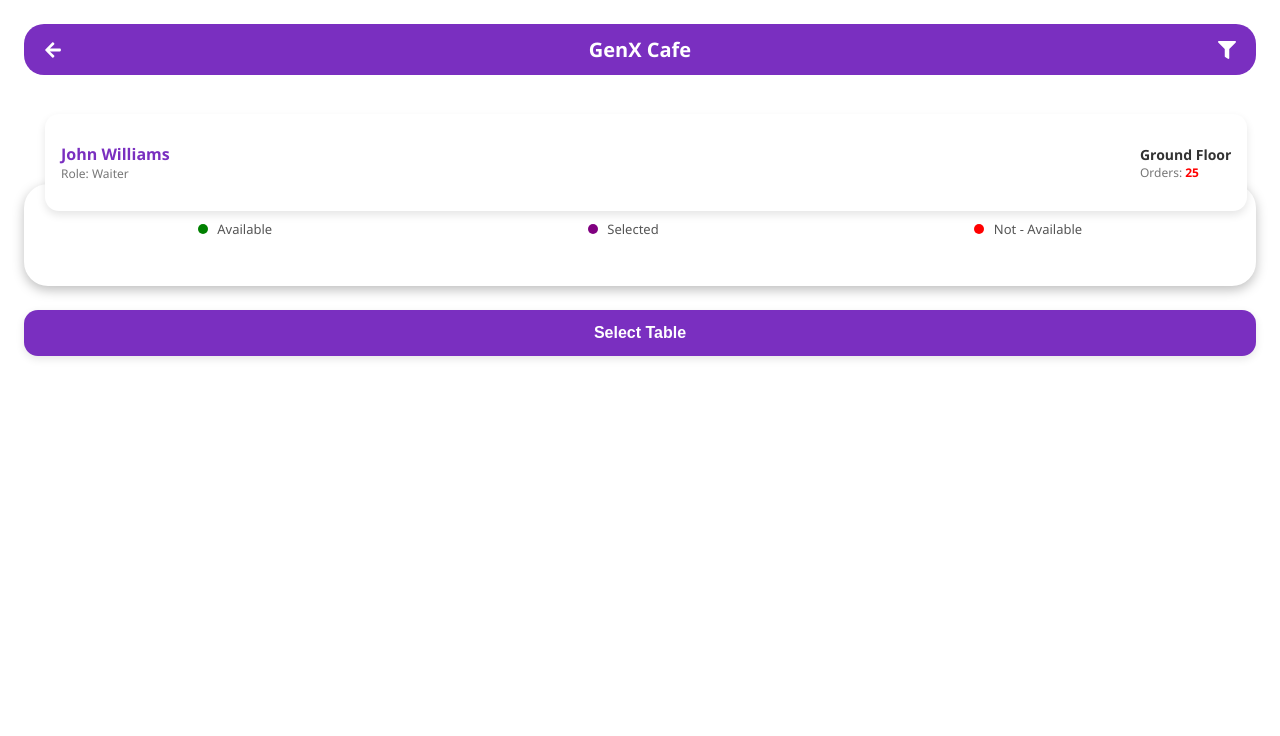
Repository: rajeshwaranslv/sturdy-spork-genx-frontend
Page: /
The author's editor kept a copy of each file at every save. The page is drawn from the files as they stood at one save, then again after the next save.
The browser window is 1280 px wide. The pictures show the whole page.
The page's requests for data from a server got no answer. The project was rebuilt for these pictures with package versions that can differ from the ones it lists, and the page was loaded fresh each time. No one was signed in, and anything a server would have sent is missing. Also part of the build but not shown: src/components/MenuSelection.js, src/components/OrderReview.js, src/components/Billing.js, src/components/Success.js.

Above is the page before, as saved 2025-07-15 10:07:45.

### src/App.js
import React from 'react';
import { BrowserRouter as Router, Route, Switch } from 'react-router-dom';
import TableSelection from './components/TableSelection';
import MenuSelection from './components/MenuSelection';
import OrderReview from './components/OrderReview';
import Billing from './components/Billing';
import Success from './components/Success';

export default function App() {
  return (
    <Router>
      <Switch>
        <Route exact path="/" component={TableSelection} />
        <Route path="/menu/:tableId" component={MenuSelection} />
   <Route path="/orders/:orderId" component={OrderReview} />

        <Route path="/billing/:orderId" component={Billing} />
        <Route path="/success" component={Success} />
      </Switch>
    </Router>
  );
}

### src/components/TableSelection.js
import React, { useEffect, useState } from 'react';
import { getTables } from '../services/api';
import { withRouter } from 'react-router-dom';
import { FaArrowLeft, FaFilter } from 'react-icons/fa';
import './style.css';

function TableSelection({ history }) {
  const [tables, setTables] = useState([]);
  const [selectedTableId, setSelectedTableId] = useState(null);

  const waiter = {
    name: 'John Williams',
    role: 'Waiter',
    floor: 'Ground Floor',
    orders: 25,
  };

  useEffect(() => {
    getTables()
      .then((res) => setTables(res.data))
      .catch((err) => console.error('Failed to fetch tables', err));
  }, []);

  const handleTableClick = (id, status) => {
    if (status === 'available') {
      setSelectedTableId(id === selectedTableId ? null : id); // Toggle
    }
  };

  const handleSelectTable = () => {
    if (selectedTableId) {
      history.push(`/menu/${selectedTableId}`);
    }
  };

  return (
    <div className="container">
      <div className="header-bar">
        <FaArrowLeft className="icon" onClick={() => history.goBack()} />
        <h2>GenX Cafe</h2>
        <FaFilter className="icon" />
      </div>

      <div className="waiter-card">
        <div className="waiter-left">
          <strong className="waiter-name">{waiter.name}</strong>
          <div className="waiter-role">Role: {waiter.role}</div>
        </div>
        <div className="waiter-right">
          <div className="floor-label">{waiter.floor}</div>
          <div className="orders-count">
            Orders: <span className="order-red">{waiter.orders}</span>
          </div>
        </div>
      </div>

      <div className="table-section">
        <div className="legend-row">
          <div><span className="legend-dot green" /> Available</div>
          <div><span className="legend-dot purple" /> Selected</div>
          <div><span className="legend-dot red" /> Not - Available</div>
        </div>

        <div className="table-grid">
          {tables.map((table) => {
            const isSelected = selectedTableId === table.id;
            const statusClass =
              table.status === 'available'
                ? isSelected
                  ? 'selected'
                  : 'available'
                : 'occupied';

            return (
              <button
                key={table.id}
                className={`table-btn ${statusClass}`}
                onClick={() => handleTableClick(table.id, table.status)}
                disabled={table.status === 'occupied'}
              >
                Table {table.id.toString().padStart(2, '0')}
              </button>
            );
          })}
        </div>
      </div>

      <button
        className="select-btn"
        onClick={handleSelectTable}
        disabled={!selectedTableId}
      >
        Select Table
      </button>
    </div>
  );
}

export default withRouter(TableSelection);

### src/services/api.js
import axios from 'axios';

const API = axios.create({
  baseURL: 'http://localhost:3001/',
});

export const getTables = () => API.get('/tables');
export const getTableDetails = (id) => API.get(`/tables/${id}`);
export const getFoodItems = () => API.get('/foodItems');

export const placeOrder = (data) => API.post('/orders', data);
export const updateOrderItemStatus = (id, payload) => API.patch(`/orders/${id}`, payload);
export const getOrder = (id) => API.get(`/orders/${id}`);
export const generateBill = (data) => API.post('/bills', data);

// ✅ NEW: Update table status
export const updateTableStatus = (id, payload) => API.patch(`/tables/${id}`, payload);

### src/components/style.css
.container {
  background: #fff;
  min-height: 100vh;
  padding: 16px;
  box-sizing: border-box;
  font-family: 'Segoe UI', sans-serif;
}

/* Header Bar */
.header-bar {
  display: flex;
  justify-content: space-between;
  align-items: center;
  background: #7a2fc0;
  padding: 12px 20px;
  border-radius: 20px;
  color: white;
  margin-bottom: 12px;
}

.header-bar h2 {
  margin: 0;
  font-size: 20px;
}

.icon {
  color: white;
  font-size: 18px;
  cursor: pointer;
}

/* Waiter Info Card */
.waiter-card {
    background: white;
    box-shadow: 0 4px 8px rgba(0,0,0,0.1);
    border-radius: 14px;
    padding: 11px 20px;
    margin-top: -32px;
    display: flex;
    justify-content: space-between;
    align-items: center;
    width: 95%;
    position: relative;
    top: 27px;
    height: 73px;
    left: 21px;
}

.waiter-name {
  color: #7a2fc0;
  font-size: 16px;
  font-weight: 600;
}

.waiter-role {
  font-size: 12px;
  color: #777;
}

.floor-label {
  font-size: 13px;
  font-weight: 600;
  color: #333;
}

.orders-count {
  font-size: 12px;
  color: #777;
}

.order-red {
  color: red;
  font-weight: bold;
}

/* Legend */
.legend-row {
  display: flex;
  justify-content: space-around;
  margin: 20px 0 12px;
  font-size: 13px;
  color: #555;
}

.legend-dot {
  width: 10px;
  height: 10px;
  border-radius: 50%;
  display: inline-block;
  margin-right: 6px;
}

.legend-dot.green {
  background-color: green;
}

.legend-dot.purple {
  background-color: purple;
}

.legend-dot.red {
  background-color: red;
}

/* Table Section Wrapper (NEW) */
.table-section {
  background: #fff;
  padding: 16px;
  border-radius: 24px;
  box-shadow: 0 4px 12px rgba(0, 0, 0, 0.258);
}

/* Grid for Table Buttons */
.table-grid {
  display: grid;
  grid-template-columns: repeat(2, 1fr);
  gap: 14px;
  padding: 10px 0;
}

/* Table Buttons */
.table-btn {
  padding: 16px 0;
  border-radius: 14px;
  font-size: 16px;
  font-weight: bold;
  cursor: pointer;
  border: 2px solid transparent;
  transition: all 0.2s ease-in-out;
  width: 100%;
}

.table-btn.available {
  color: green;
  border-color: green;
  background-color: white;
}

.table-btn.available:hover {
  background-color: #f0fff0;
}

.table-btn.selected {
  background-color: #7a2fc0;
  color: white;
  border-color: #7a2fc0;
}

.table-btn.occupied {
  background-color: red;
  color: white;
  cursor: not-allowed;
}

/* Select Table Button */
.select-btn {
  width: 100%;
  padding: 14px;
  margin-top: 24px;
  border-radius: 14px;
  border: none;
  background-color: #7a2fc0;
  color: white;
  font-size: 16px;
  font-weight: bold;
  cursor: pointer;
  box-shadow: 0 3px 8px rgba(0,0,0,0.1);
}

.select-btn:hover {
  background-color: #6926b2;
}
.table-btn.selected {
  background-color: #7a2fc0;
  color: white;
  border: 2px solid #7a2fc0;
}

/* menu */
.menu-grid {
  display: grid;
  grid-template-columns: repeat(2, 1fr);
  gap: 14px;
  margin-top: 16px;
}

.menu-card {
  background: #fff;
  padding: 12px;
  border-radius: 14px;
  box-shadow: 0 4px 10px rgba(0,0,0,0.1);
  text-align: center;
  transition: all 0.3s ease;
  border: 2px solid transparent;
}

.menu-card.selected {
  border: 2px solid #7a2fc0;
  background-color: #f3e8ff;
}

.menu-card img {
  width: 80px;
  height: 80px;
  border-radius: 10px;
  object-fit: cover;
}

.menu-card h4 {
  margin: 8px 0 4px;
  font-size: 16px;
  color: #333;
}

.menu-card .desc {
  font-size: 12px;
  color: #777;
  height: 32px;
  overflow: hidden;
}

.menu-card button {
  background-color: #7a2fc0;
  color: white;
  border: none;
  border-radius: 8px;
  padding: 6px 12px;
  margin-top: 8px;
  font-size: 13px;
  cursor: pointer;
}

.menu-card button:hover {
  background-color: #6920a4;
}

.footer-btn {
  width: 100%;
  margin-top: 20px;
  padding: 12px;
  background-color: #7a2fc0;
  color: white;
  border: none;
  border-radius: 12px;
  font-size: 16px;
  font-weight: bold;
  cursor: pointer;
}

.footer-btn:disabled {
  background-color: #ccc;
  cursor: not-allowed;
}

/* Reuse waiter card styles from TableSelection */

.waiter-card {
  background: white;
  box-shadow: 0 4px 8px rgba(0,0,0,0.1);
  border-radius: 14px;
  padding: 12px 16px;
  margin-top: 12px;
  display: flex;
  justify-content: space-between;
  align-items: center;
}

.waiter-name {
  color: #7a2fc0;
  font-size: 16px;
}

.waiter-role {
  font-size: 12px;
  color: #777;
}

.floor-label {
  font-size: 14px;
  font-weight: bold;
}

.orders-count {
  font-size: 12px;
  color: #777;
}

.order-red {
  color: red;
  font-weight: bold;
}

.header-bar {
  display: flex;
  justify-content: space-between;
  align-items: center;
  background: #7a2fc0;
  padding: 12px 20px;
  border-radius: 20px;
  color: white;
}

.header-bar h2 {
  margin: 0;
  font-size: 20px;
}

.icon {
  color: white;
  font-size: 18px;
  cursor: pointer;
}
/* order */
.order-list {
  margin-top: 20px;
  display: flex;
  flex-direction: column;
  gap: 14px;
}

.item-row {
  display: flex;
  justify-content: space-between;
  align-items: center;
  background: white;
  padding: 42px 52px;
  border-radius: 14px;
  /* box-shadow: 0 4px 10px rgba(0,0,0,0.08); */
  transition: 0.3s ease;
}

.item-info strong {
  font-size: 15px;
  color: #333;
}

.item-info p {
  font-size: 13px;
  margin-top: 4px;
  color: #777;
}

.item-status {
  display: flex;
  flex-direction: column;
  align-items: center;
  gap: 4px;
}

.custom-switch .ant-switch-checked {
  background-color: #7a2fc0 !important;
}

.status-label {
  font-size: 12px;
  font-weight: bold;
  text-transform: capitalize;
}

.status-label.served {
  color: green;
}

.status-label.ordered {
  color: orange;
}

/* Reuse existing purple button style */
.footer-btn {
  width: 100%;
  margin-top: 24px;
  padding: 14px;
  border-radius: 12px;
  border: none;
  background-color: #7a2fc0;
  color: white;
  font-size: 16px;
  font-weight: bold;
  cursor: pointer;
}

.footer-btn:disabled {
  background-color: #ccc;
  cursor: not-allowed;
}
/* success */
.success-page {
  text-align: center;
  margin-top: 50px;
}

.checkmark-circle {
  width: 200px;
  height: 200px;
  margin: 0 auto 20px;
  border-radius: 50%;
  background-color: #7a2fc0;
  position: relative;
  animation: popCircle 0.5s ease-out;
}

.checkmark {
  position: absolute;
  top: 30%;
  left: 40%;
  width: 30px;
  height: 60px;
  border-right: 5px solid white;
  border-bottom: 5px solid white;
  transform: rotate(45deg) scale(0);
  animation: drawCheck 0.4s 0.3s ease forwards;
}

@keyframes popCircle {
  0% {
    transform: scale(0.7);
    opacity: 0;
  }
  100% {
    transform: scale(1);
    opacity: 1;
  }
}

@keyframes drawCheck {
  to {
    transform: rotate(45deg) scale(1);
  }
}
/* Responsive Tweaks */
@media (max-width: 768px) {
  .container {
    padding: 12px;
  }

  .header-bar {
    flex-direction: row;
    padding: 10px 16px;
    border-radius: 16px;
  }

  .header-bar h2 {
    font-size: 18px;
  }

  .waiter-card {
  background: white;
    box-shadow: 0 4px 8px rgba(0,0,0,0.1);
    border-radius: 14px;
    padding: 11px 20px;
    margin-top: -32px;
    display: flex;
    justify-content: space-between;
    align-items: center;
    width: 480px;
    position: relative;
    top: 27px;
    height: 73px;
    left: 21px;
    flex-direction: column;
    align-items: flex-start;
    gap: 6px;
  }

  .legend-row {
    flex-direction: column;
    align-items: center;
    gap: 8px;
    font-size: 12px;
  }

  .table-grid {
    grid-template-columns: 1fr;
    gap: 12px;
  }

  .menu-grid {
    grid-template-columns: 1fr;
  }

  .menu-card img {
    width: 70px;
    height: 70px;
  }

  .menu-card h4 {
    font-size: 14px;
  }

  .menu-card .desc {
    font-size: 11px;
    height: auto;
  }

  .footer-btn {
    font-size: 14px;
    padding: 12px;
  }

  .item-row {
    flex-direction: column;
    align-items: flex-start;
    gap: 10px;
  }

  .item-status {
    flex-direction: row;
    justify-content: space-between;
    width: 100%;
  }

  .checkmark-circle {
    width: 120px;
    height: 120px;
  }

  .checkmark {
    top: 30%;
    left: 35%;
    width: 20px;
    height: 40px;
    border-right: 4px solid white;
    border-bottom: 4px solid white;
  }

  .success-page h2 {
    font-size: 18px;
  }
}

@media (min-width: 769px) and (max-width: 1024px) {
  .table-grid {
    grid-template-columns: repeat(3, 1fr);
  }

  .menu-grid {
    grid-template-columns: repeat(2, 1fr);
  }
}

/* billing */
.qty-btn {
  background-color: #7a2fc0;
  color: white;
  border: none;
  border-radius: 6px;
  padding: 4px 10px;
  font-size: 16px;
  font-weight: bold;
  cursor: pointer;
  transition: background-color 0.2s ease;
}

.qty-btn:hover {
  background-color: #6926b2;
}

Loaded but not shown: public/index.html (common file); src/index.js (common file)

After the next save:
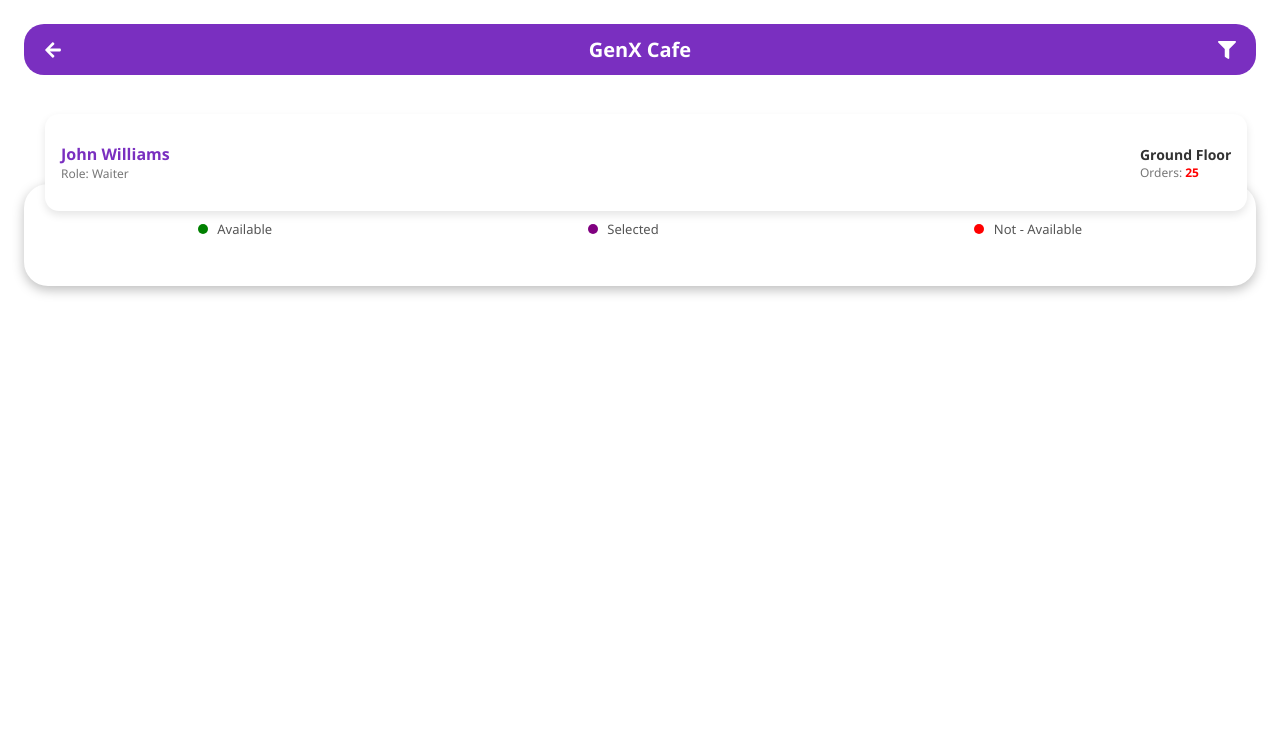
Saved 4 min 16 s later.
--- a/src/components/TableSelection.js
+++ b/src/components/TableSelection.js
@@ -85,13 +85,7 @@ function TableSelection({ history }) {
         </div>
       </div>
 
-      <button
-        className="select-btn"
-        onClick={handleSelectTable}
-        disabled={!selectedTableId}
-      >
-        Select Table
-      </button>
+
     </div>
   );
 }
